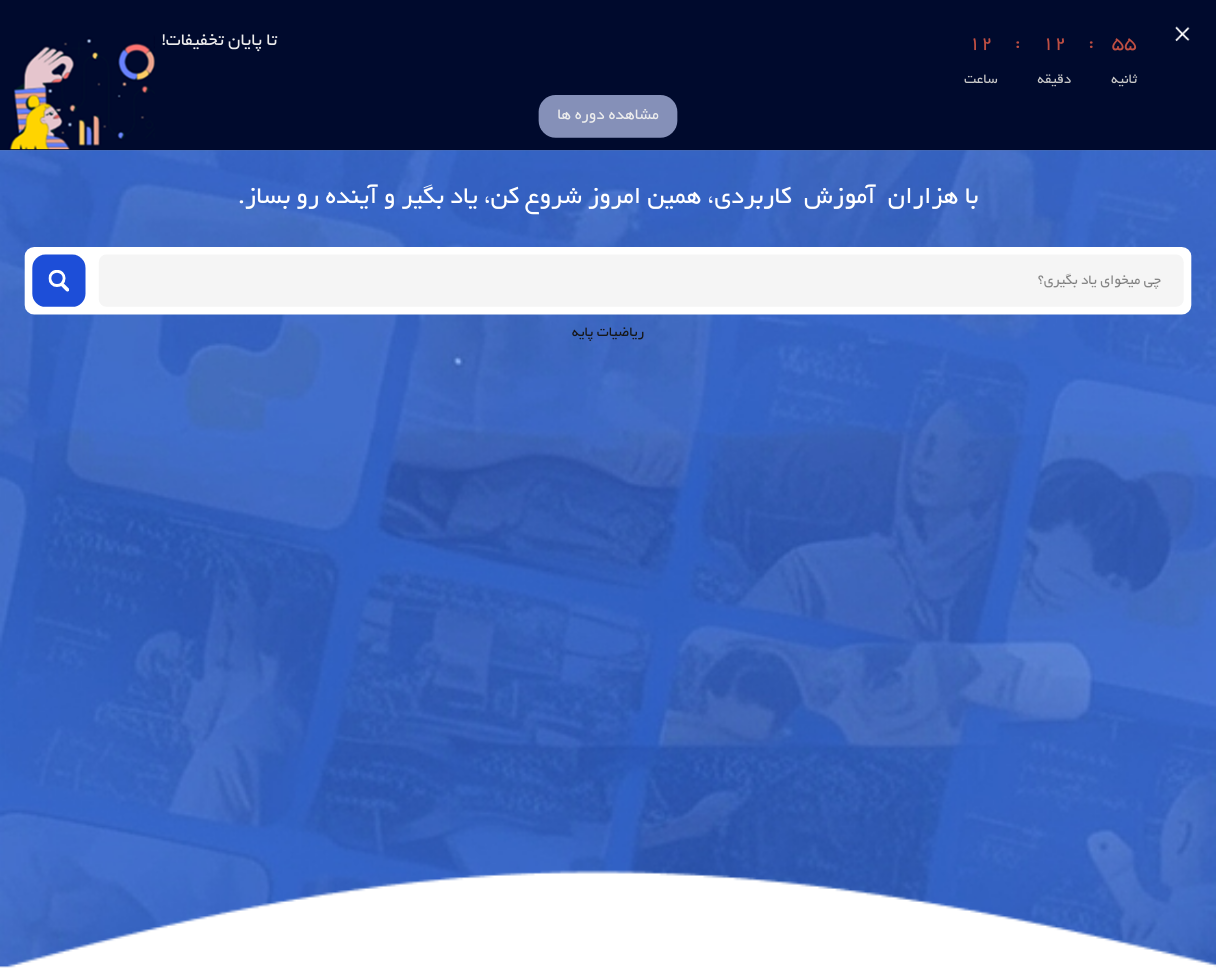
Repository: sinafath/fradars
Page: /
The author's editor kept a copy of each file at every save. The page is drawn from the files as they stood at one save, then again after a run of saves.
The browser window is 1280 px wide. The pictures show the whole page, at 95% of full size.
The project was rebuilt for these pictures with package versions that can differ from the ones it lists, and the page was loaded fresh each time. The framework's server and built-in components were replaced by stand-ins that run in the browser. Also part of the build but not shown: next.config.ts.

Above is the page before, as saved 2025-09-21 20:02:44.

After the next 3 saves:
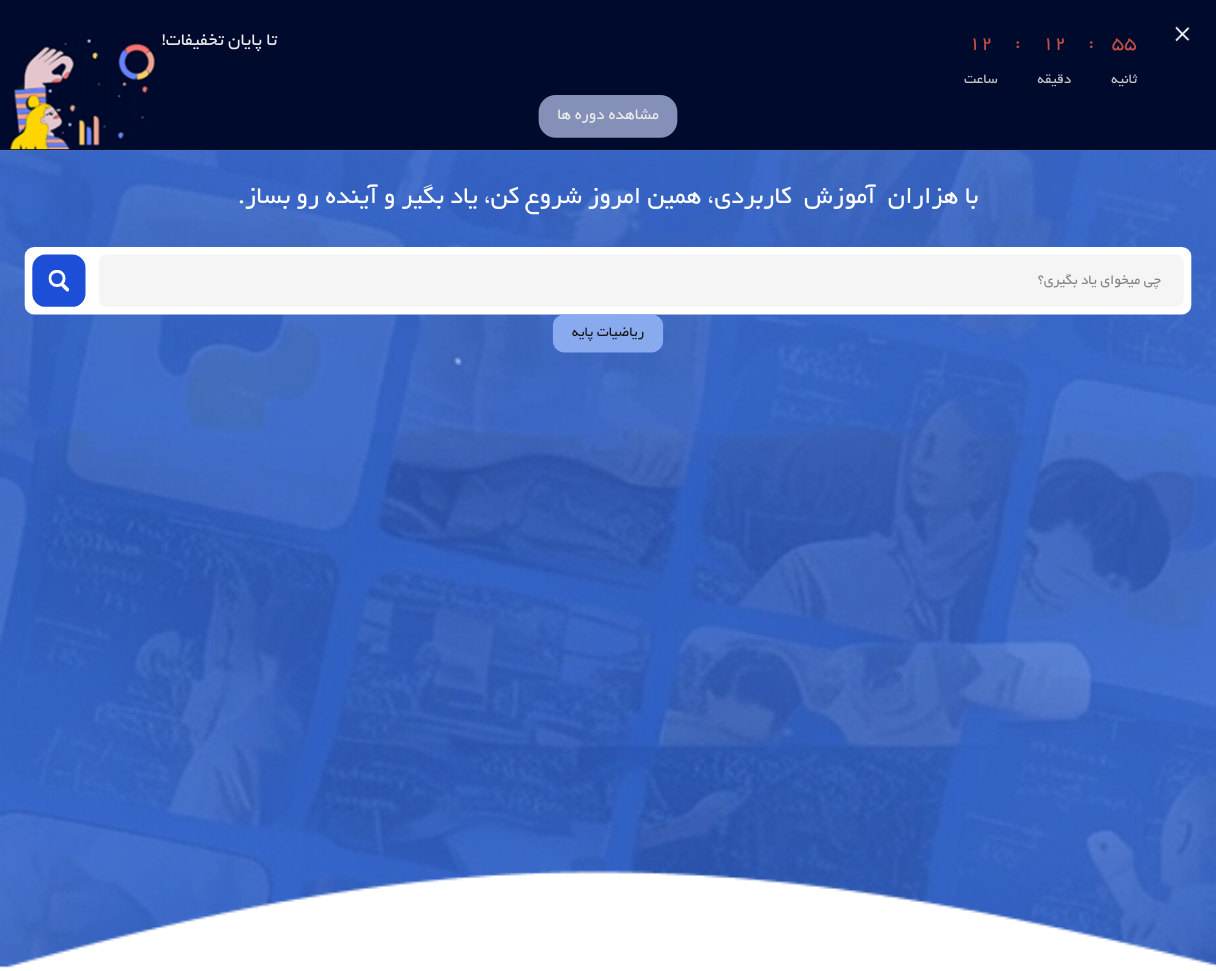
The 3 saves are shown as one change because they came seconds apart.
The last was saved 7 s later.
--- a/src/app/page.tsx
+++ b/src/app/page.tsx
@@ -51,7 +51,7 @@
             </Center>
             </Row>
             <Row className="flex-wrap gap-x-[11px] gap-y-[15px]">
-              <div className="rounded-[12px] text-[16px] px-[20px] py-[8px] bg-[]"> ریاضیات پایه </div>
+              <div className="rounded-[12px] text-[16px] px-[20px] py-[8px] bg-[#8AAAF0]"> ریاضیات پایه </div>
             </Row>
         <Image
           aria-hidden
